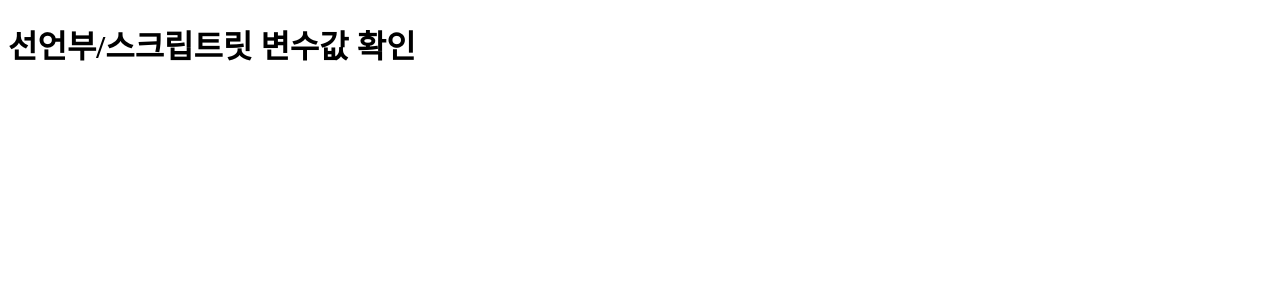
Repository: SeYoung1012/Bitcamp
Page: http://localhost/02_JSP/ex06-2_declaration_전역변수.jsp
The author's editor kept a copy of each file at every save. The page is drawn from the files as they stood at one save, then again after the next save.
The browser window is 1280 px wide. The pictures show the whole page.
The page is served by Tomcat 9.

Above is the page before, as saved 2021-09-27 02:20:44.

### 60_web/02_JSP/WebContent/ex06-2_declaration_전역변수.jsp
<%@ page language="java" contentType="text/html; charset=UTF-8"
    pageEncoding="UTF-8"%>
<!DOCTYPE html>
<html>
<head>
<meta charset="UTF-8">
<title> 선언부 전역 변수</title>
</head>
<body>

<%!
	//선언부(declaration)는 필드 영역에 작성되는 코드
	//선언부에 선언된 필드변수는 값이 하나(공유해서 사용)
	int globalNum = 0; //필드변수

%>

<%
	//스크립트릿 - service() 메소드 영역(로컬영역, 서비스 요청시 호출되고 실행)
	int localNum = 0; //지역변수
	localNum++;
	globalNum++;

	System.out.println("globalNum : " +globalNum);
	System.out.println("localNum : " +localNum);

%>

	<h1> 선언부/스크립트릿 변수값 확인</h1>


</body>
</html>

After the next save:
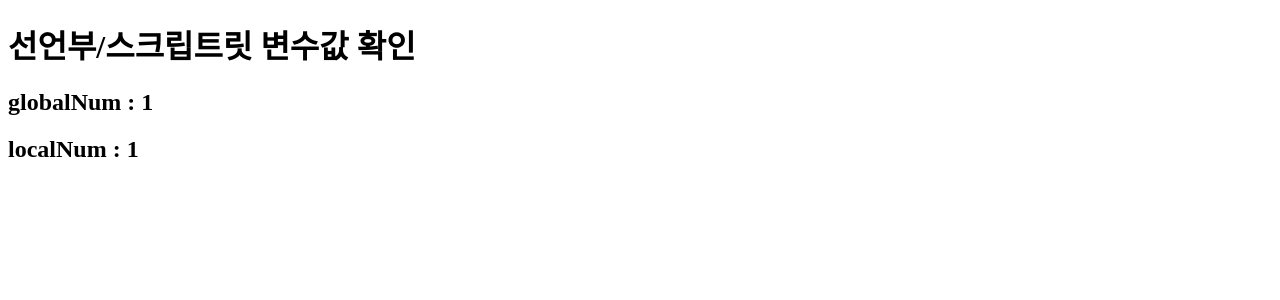
Saved 49 s later.
--- a/60_web/02_JSP/WebContent/ex06-2_declaration_전역변수.jsp
+++ b/60_web/02_JSP/WebContent/ex06-2_declaration_전역변수.jsp
@@ -27,7 +27,8 @@
 %>
 
 	<h1> 선언부/스크립트릿 변수값 확인</h1>
-
+	<h2> globalNum : <%=globalNum %></h2>
+	<h2> localNum : <%=localNum %></h2>
 
 </body>
 </html>
